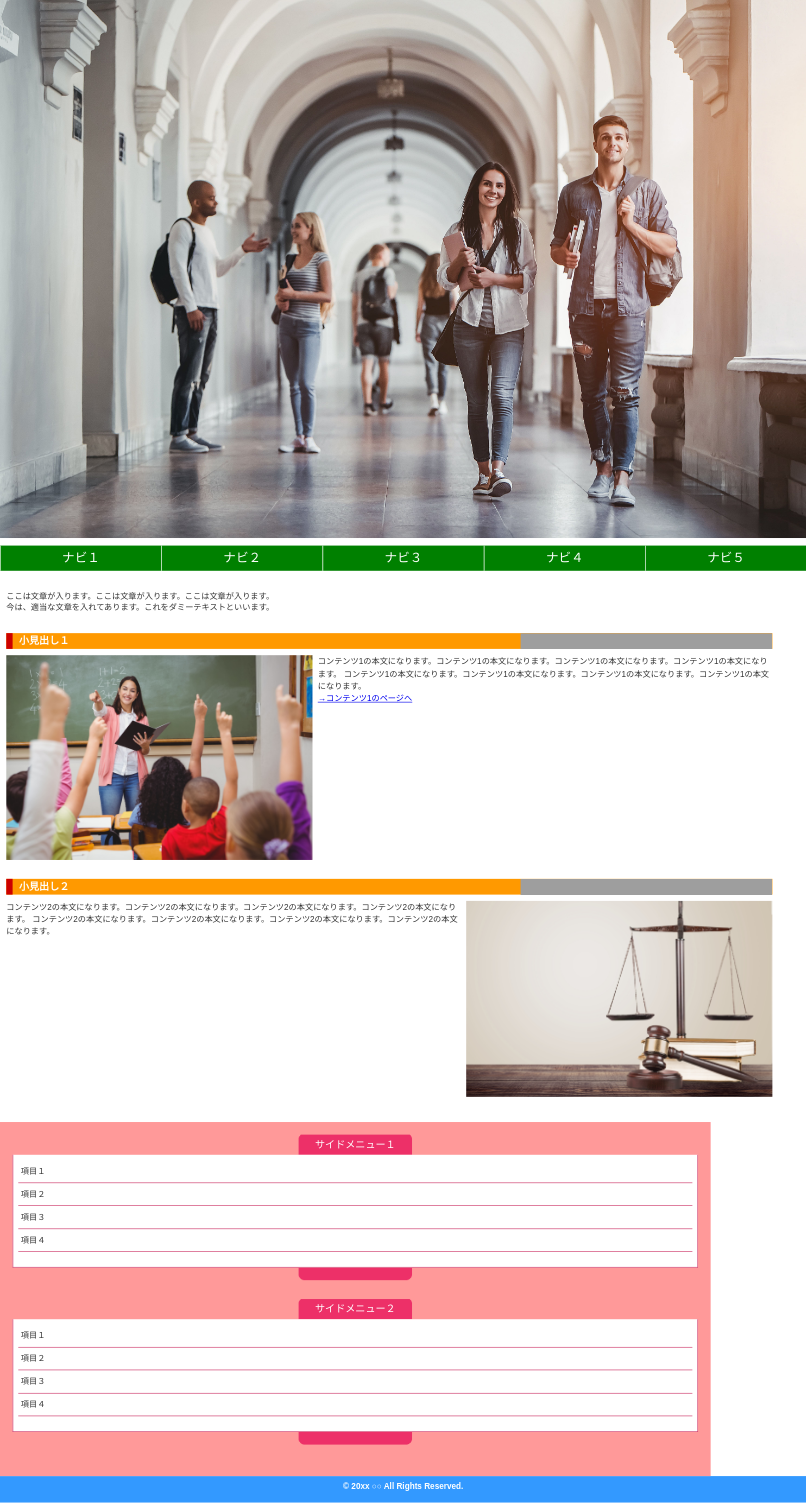
Repository: kaori0877/samurai_HTML-CSS
Page: home.html
The author's editor kept a record of every edit. The page is drawn from the files as they stood at one moment, then again after the next edit.
The browser window is 1280 px wide. The pictures show the whole page, at 63% of full size.
Pictures or frames that could not be fetched are drawn as grey boxes.

Above is the page before.

After the next edit:
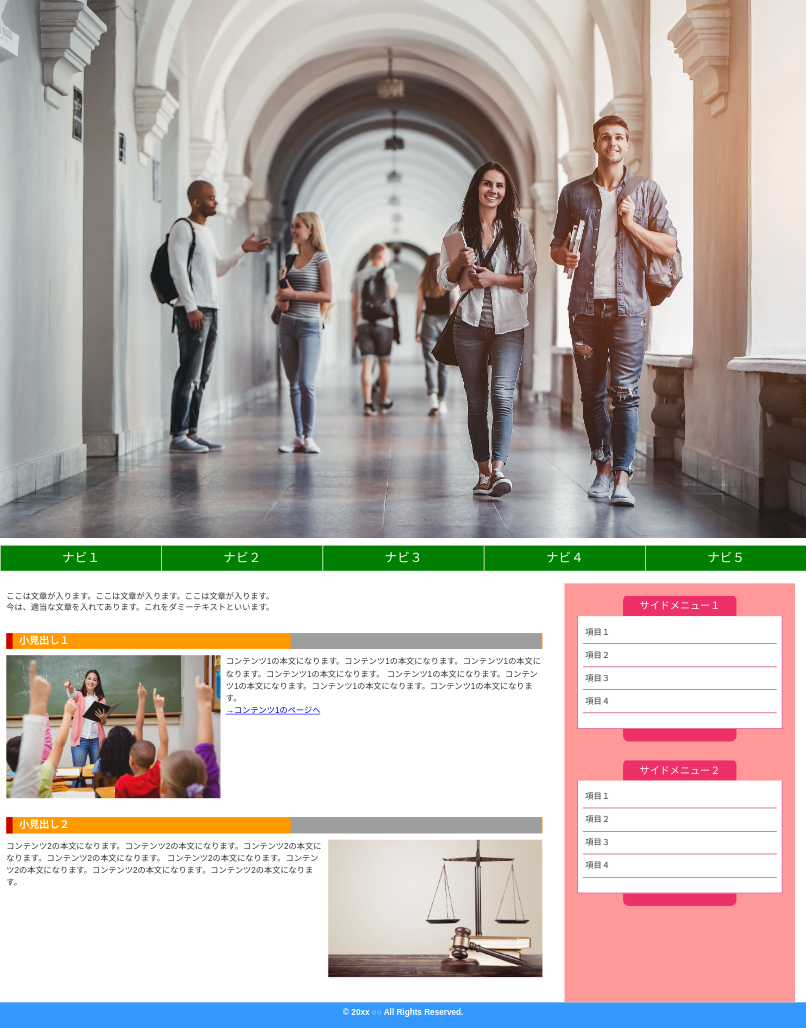
The edit:
--- a/stylesheet.css
+++ b/stylesheet.css
@@ -84,7 +84,7 @@
  	padding-top: 20px;
  	clear: both;
  	display: grid;
- 	grid-template-columus: 70vw 30vw;
+ 	grid-template-columns: 70vw 30vw;
  }
 
  /* -------------------- main -------------------- */
